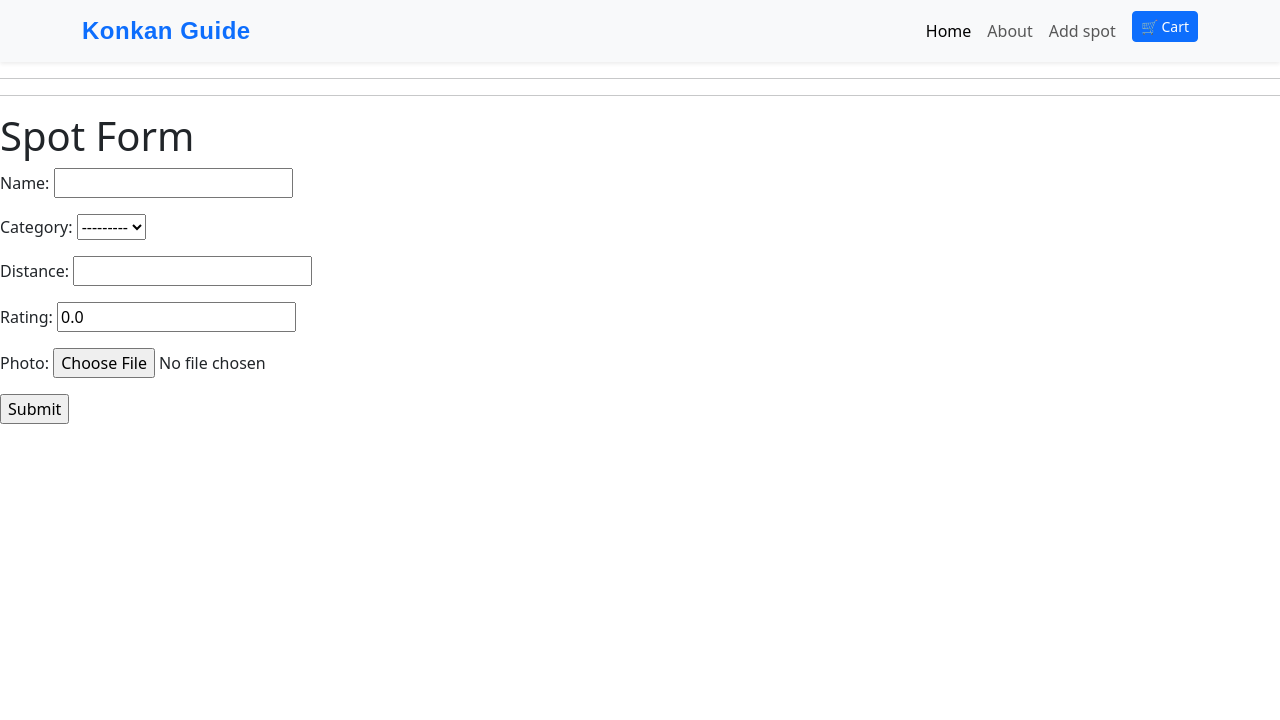
Repository: Indranil-sawant/konkan
Page: http://localhost/create-spot/
The author's editor kept a copy of each file at every save. The page is drawn from the files as they stood at one save, then again after the next save.
The browser window is 1280 px wide. The pictures show the whole page.
The page is served by the project's application, run on Django 5.2 (manage.py). Queries for data that is not in the repository find no rows.

Above is the page before, as saved 2025-11-14 23:49:52.

After the next save:
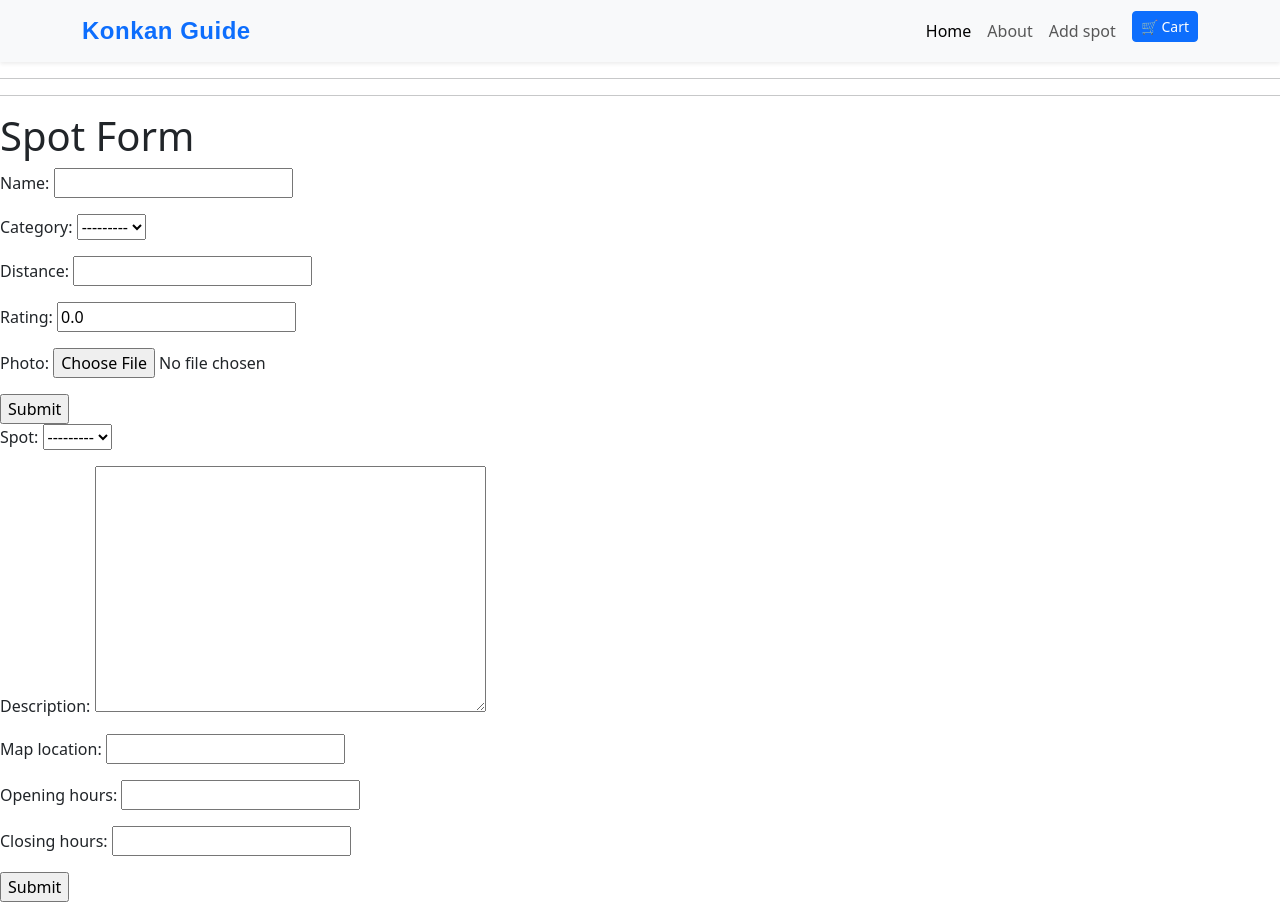
Saved 18 s later.
--- a/food/templates/food/spot_form.html
+++ b/food/templates/food/spot_form.html
@@ -9,4 +9,10 @@
     {{ form.as_p }}
    <input type="submit">
 </form>
+
+<form action="" method="POST">
+    {% csrf_token %}
+    {{ info.as_p }}
+   <input type="submit">
+</form>
 {% endblock content %}
